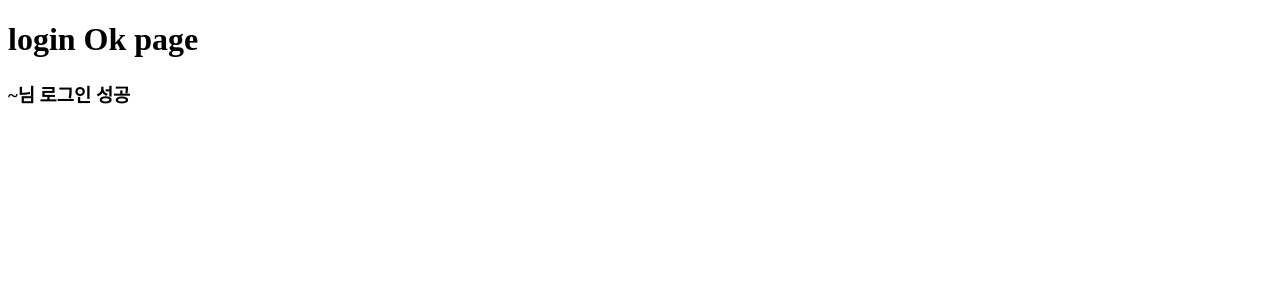
Repository: j-hee-98/Servlet-JSP
Page: http://localhost/step01_Servlet/loginOk.jsp
These files come from the project's save history. The page is drawn as it stood at one moment and after the next save; the edit follows.
The browser window is 1280 px wide. The pictures show the whole page.
The page is served by Tomcat 10. Other server files are loaded and not shown.

Above is the page before, as saved 2025-04-14 06:30:59.

### step01_Servlet/src/main/webapp/loginOk.jsp
<%@ page language="java" contentType="text/html; charset=UTF-8"
    pageEncoding="UTF-8"%>
<!DOCTYPE html>
<html>
<head>
<meta charset="UTF-8">
<title>Insert title here</title>
</head>
<body>
<h1>login Ok page</h1>
<h3>~님 로그인 성공</h3>
</body>
</html>

After the next save:
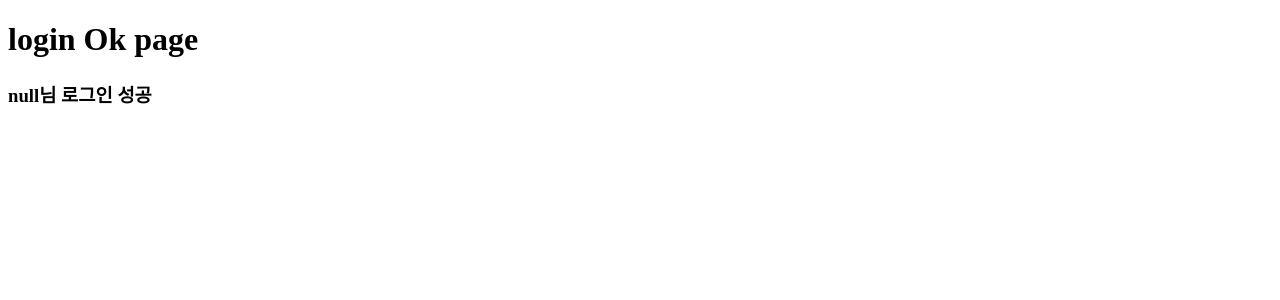
Saved 4 min 37 s later.
--- a/step01_Servlet/src/main/webapp/loginOk.jsp
+++ b/step01_Servlet/src/main/webapp/loginOk.jsp
@@ -8,6 +8,6 @@
 </head>
 <body>
 <h1>login Ok page</h1>
-<h3>~님 로그인 성공</h3>
+<h3><%= request.getParameter("userName")%>님 로그인 성공</h3>
 </body>
 </html>
